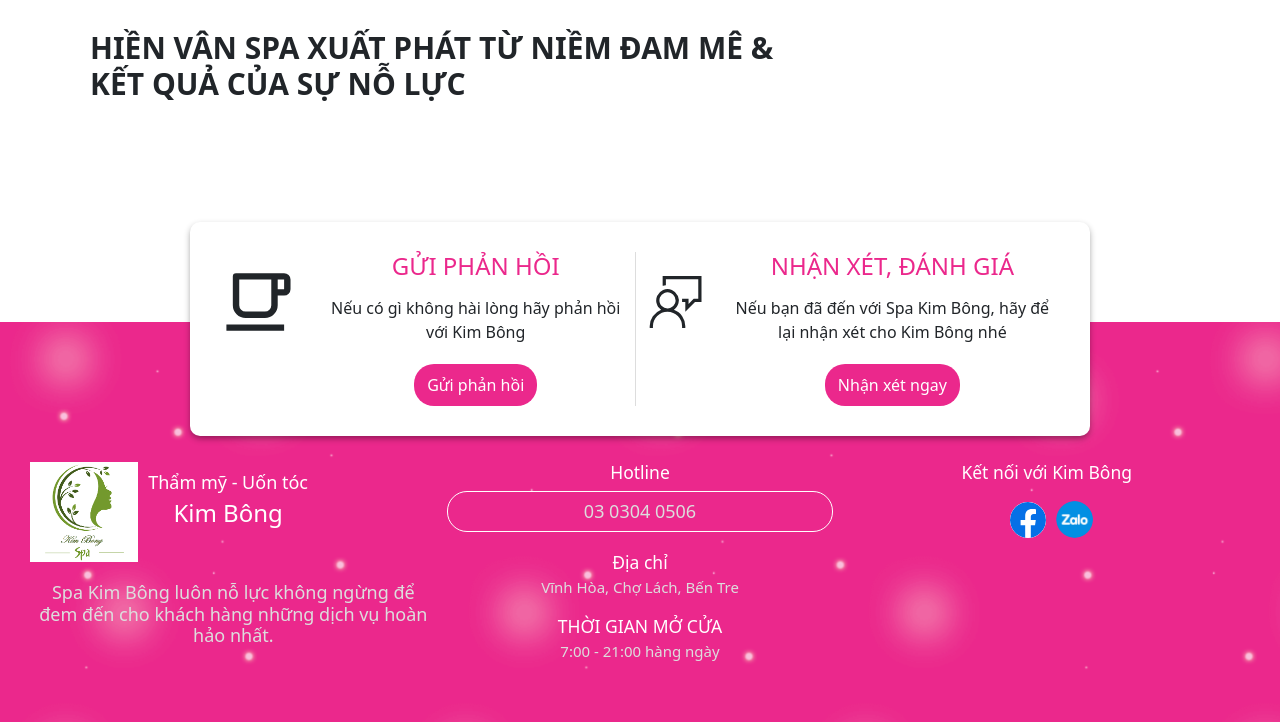
Repository: tranduykhuong/SpaKimBong
Page: /about
An editor plug-in stored every save of this project. The page is shown before and after the next save, followed by the edit.
The browser window is 1280 px wide. The pictures show the part of the page from y = 562 to 1284 px (the page is 1284 px tall).
The project was rebuilt for these pictures with package versions that can differ from the ones it lists, and the page was loaded fresh each time. Also part of the build but not shown: src/components/Header/Slider/slider.scss, src/components/Header/Slider/Slider.js, src/components/Header/ListImage/listImage.scss, src/components/Header/ListImage/ListImage.js, src/pages/Home/home.scss, src/pages/Home/ListImage/listImage.scss, src/pages/Home/ListImage/ListImage.js, src/pages/Home/BookOnline/bookOnl.scss and 6 more.

Above is the page before, as saved 2022-06-01 23:37:53.

After the next save:
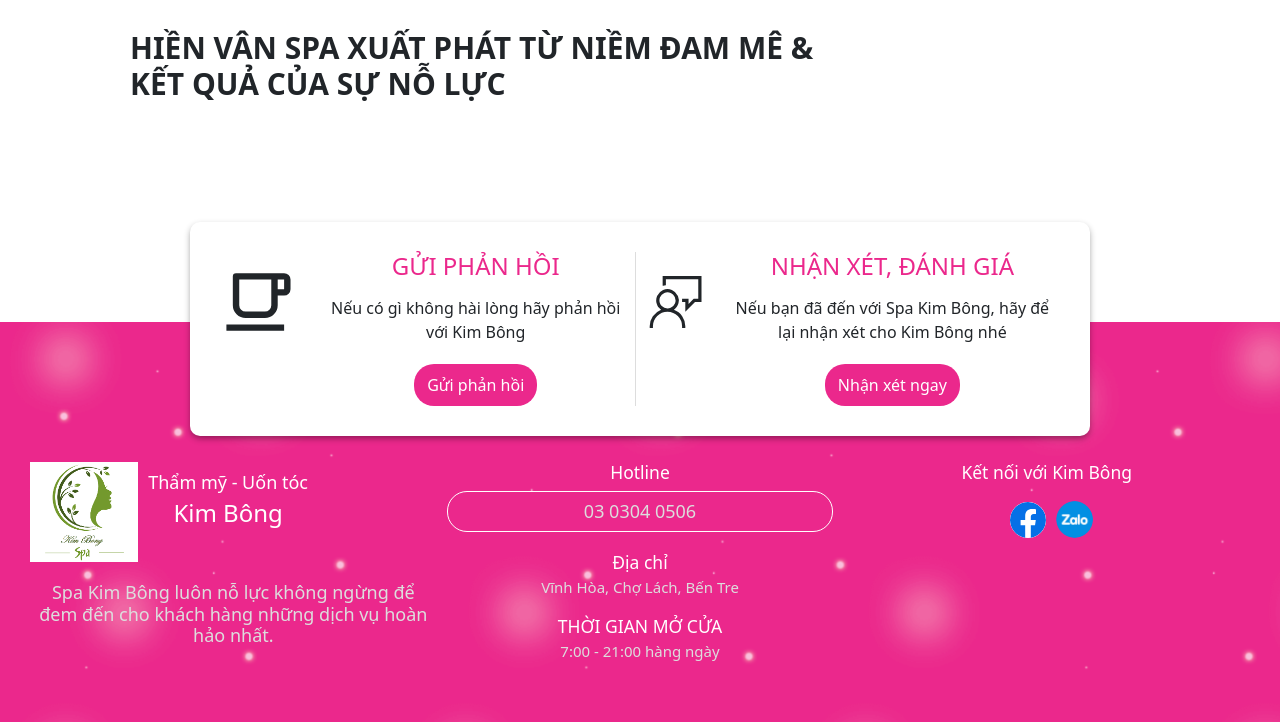
Saved 10 s later.
--- a/src/pages/About/About.scss
+++ b/src/pages/About/About.scss
@@ -16,7 +16,7 @@
     .content-left {
       width: 60%;
       padding: 0 30px 30px;
-      margin-left: 60px;
+      margin-left: 100px;
 
       .title {
         text-align: left;
